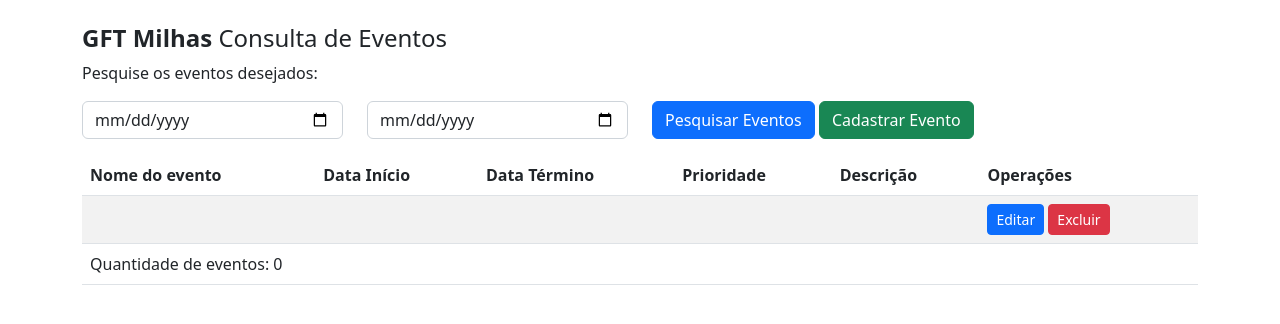
Repository: thamaraamaral/desafio_mvc1
Page: http://localhost/gft-milhas/WEB-INF/views/eventos-consulta.jsp
These files come from the project's save history. The page is drawn as it stood at one moment and after the next save; the edit follows.
The browser window is 1280 px wide. The pictures show the whole page.
The page is served by Tomcat 9. Nobody is signed in. The template is opened directly, without the code that normally fills it, so the values that code supplies are empty.

Above is the page before, as saved 2022-10-28 17:58:19.

After the next save:
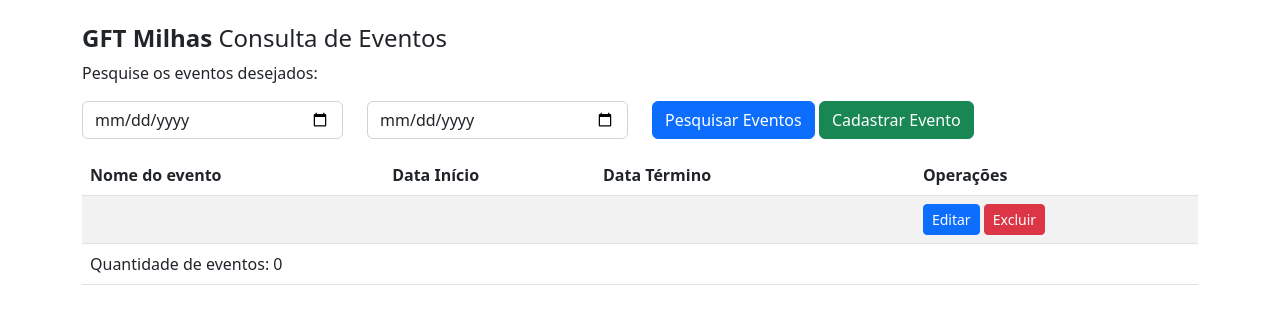
Saved 29 s later.
--- a/gft-milhas/src/main/webapp/WEB-INF/views/eventos-consulta.jsp
+++ b/gft-milhas/src/main/webapp/WEB-INF/views/eventos-consulta.jsp
@@ -58,8 +58,8 @@
 					<th>Nome do evento</th>
 					<th>Data Início</th>
 					<th>Data Término</th>
-					<th>Prioridade</th>
-					<th>Descrição</th>
+					<th></th>
+					<th></th>
 					<th>Operações</th>
 				</tr>
 			</thead>
